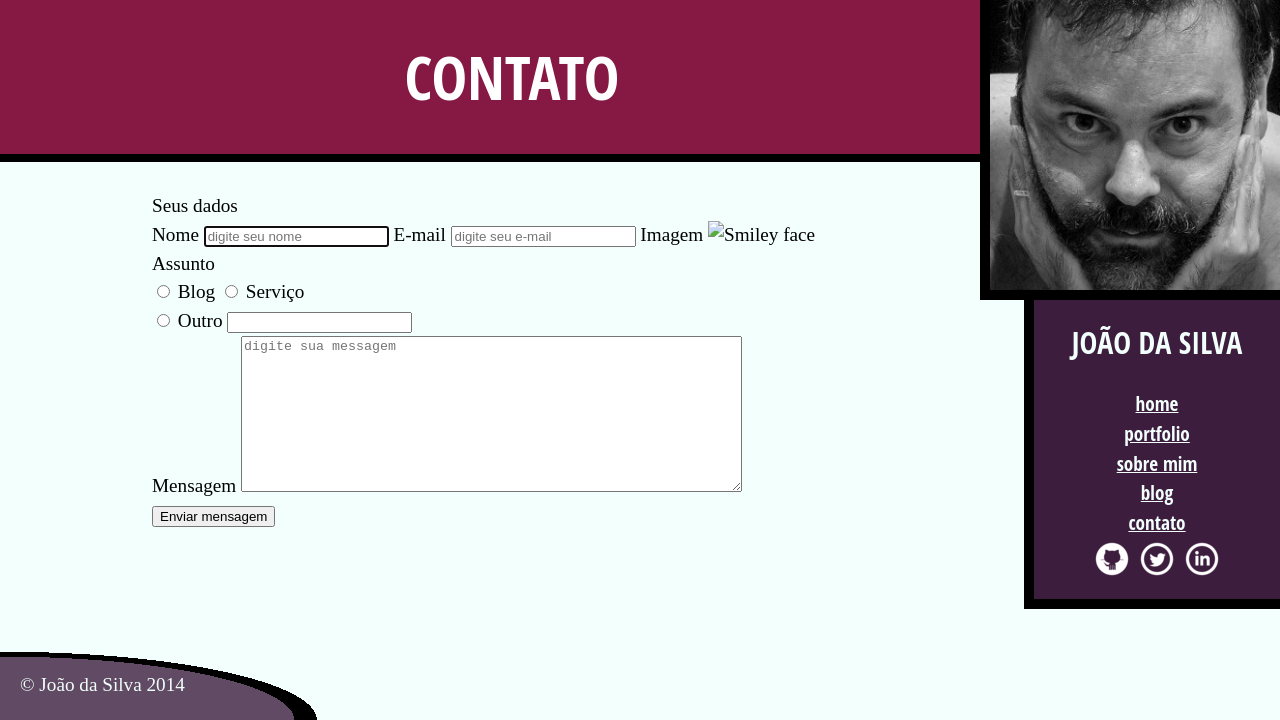
Repository: MichelMiola/html5Css3Avancado
Page: projeto/contato.html
These files come from the project's save history. The page is drawn as it stood at one moment and after the next save; the edit follows.
The browser window is 1280 px wide. The pictures show the whole page.
Some web fonts or font styles are not loaded; a fallback is used.

Above is the page before, as saved 2015-03-24 20:05:05.

### projeto/contato.html
<!DOCTYPE html>
<html>
<head>
<meta charset="utf-8">
<title>João da Silva - Contato</title>
<link rel="icon" href="imagens/favicon.png">
<link rel="stylesheet" href="css/reset.css">
<link rel="stylesheet" href="css/site.css">
<link rel="stylesheet"
	href="http://fonts.googleapis.com/css?family=Crimson+Text:400,400italic,600">
<link rel="stylesheet"
	href="http://fonts.googleapis.com/css?family=Open+Sans+Condensed:700">
</head>
<body>
	<main>
	<h1 class="titulo-principal">Contato</h1>
	<div class="container">
		<form>
			<fieldset>
				<legend>Seus dados</legend>
				<label>Nome</label> <input type="text" required autofocus placeholder="digite seu nome">
				<label>E-mail</label>
				<input type="email" placeholder="digite seu e-mail">
				<label>Imagem</label>
				<img alt="Smiley face" height="42" width="42">
			</fieldset>
			<fieldset>
				<legend>Assunto</legend>
				<label> <input type="radio" name="assunto" value="Blog">
					Blog
				</label> <label> <input type="radio" name="assunto" value="Serviço">
					Serviço
				</label>
				<fieldset>
					<input type="radio" name="assunto" value="Outro" id="outro">
					<label for="outro"> Outro </label> <input type="text"
						name="outro-assunto">
				</fieldset>
			</fieldset>
			<label for="mensagem">Mensagem</label>
			<textarea name="msg" id="mensagem" cols="60" rows="10" placeholder="digite sua messagem"></textarea>
			<fieldset>
				<button type="submit">Enviar mensagem</button>
			</fieldset>
		</form>
	</div>
	</main>
	<img src="imagens/eu.jpg" alt="Minha foto" class="minha-foto">
	<aside class="navegacao-site">
		<h1>João da Silva</h1>
		<nav>
			<ul>
				<li><a href="index.html">Home</a></li>
				<li><a href="portfolio.html">Portfolio</a></li>
				<li><a href="bio.html">Sobre mim</a></li>
				<li><a href="blog.html">Blog</a></li>
				<li><a href="contato.html">Contato</a></li>
			</ul>
		</nav>
		<ul class="icones-redes-sociais">
			<li><a href="https://github.com/joaodasilva" class="github"
				data-tooltip="Veja meus projetos opensource"> Github </a></li>
			<li><a href="https://twitter.com/joaodasilva" class="twitter"
				data-tooltip="Siga-me no Twitter"> Twitter </a></li>
			<li><a href="https://br.linkedin.com/pub/joão-da-silva/32/4/508"
				class="linkedin" data-tooltip="Veja meu currículo"> LinkedIn </a></li>
		</ul>
	</aside>
	<footer class="rodape-pagina"> &copy; João da Silva 2014 </footer>
</body>
</html>

### projeto/css/site.css
body {
	font-family: "Crimson Text", "Times New Roman", serif;
	background-color: #F2FFFC;
	font-size: 120%;
	line-height: 1.5;
}

h1, h2, .subtitulo-principal {
	font-family: "Open Sans Condensed", "Arial", sans-serif;
}

h1 {
	text-transform: uppercase;
	font-size: 60px;
}

.titulo-principal {
	text-align: center;
	background-color: #851944;
	color: #FFF;
	padding: 2rem;
	border-bottom: .5rem solid #000;
}

.subtitulo-texto {
	font-size: 30px;
	clear: both;
}

main a {
	color: #851944;
}

main p {
	text-align: justify;
	margin: 20px 0;
}

.navegacao-site {
	text-align: center;
	background-color: #3C1D3D;
	color: #F2FFFC;
	padding: 20px;
}

.navegacao-site a {
	color: inherit;
	font-family: "Open Sans Condensed", "Arial", sans-serif;
	text-transform: lowercase;
}

.navegacao-site h1 {
	font-size: 30px;
	margin-bottom: 25px;
}

.rodape-pagina {
	/* background-color: #000; */
	color: #F2FFFC;
	padding: 20px;
	clear: both;
	position: fixed;
	bottom: 0;
	left: 0;
	width: 100%;
	box-sizing: border-box;
	/* background-color: rgba(0, 0, 0, 0.3); */
	background-image: radial-gradient(ellipse at left bottom, rgba(60, 29, 61, 0.8),
		rgba(60, 29, 61, 0.8) 65%, black 65%, black 70%, transparent 70%,
		transparent);
	background-size: 25% 100%;
	background-repeat: no-repeat;
}

.container {
	width: 720px;
	margin-left: auto;
	margin-right: auto;
	padding: 30px 0;
}

strong {
	font-weight: bold;
}

em {
	font-style: italic;
}

.icones-redes-sociais li {
	display: inline-block;
}

.icones-redes-sociais a {
	width: 40px;
	height: 40px;
	display: block;
	text-indent: -99999px;
}

.github {
	background-image: url(../imagens/github.png);
}

.twitter {
	background-image: url(../imagens/twitter.png);
}

.linkedin {
	background-image: url(../imagens/linkedin.png);
}

main {
	width: 80%;
	float: left;
	padding-bottom: 80px;
}

.minha-foto, .navegacao-site {
	border-left: 10px solid black;
	border-bottom: 10px solid black;
	box-sizing: border-box;
}

.navegacao-site {
	width: 20%;
	float: right;
	position: relative;
	top: 300px;
}

.minha-foto {
	position: absolute;
	top: 0;
	right: 0;
	height: 300px;
}

.leia-mais {
	padding: .5em;
	margin: 1em;
	display: block;
	font-size: 1.25em;
	text-align: center;
	background-color: #E6E7E8;
}

.citacao-bio {
	background-color: #D9E5E3;
	border: .5em solid #C2CCCA;
	padding: 1em;
	margin: 1em 2em;
	width: 30ch;
	box-sizing: border-box;
}

main a:hover,
main a:focus,
footer a:hover,
footer a:focus {
  color: red;
}

.navegacao-site a:hover,
.navegacao-site a:focus {
  text-shadow: 0 0 2px pink;
}

.icones-redes-sociais a:hover::after,
.icones-redes-sociais a:focus::after {
  content: attr(data-tooltip);
}

.icones-redes-sociais a {
  position: relative;
}
.icones-redes-sociais a:hover::after,
.icones-redes-sociais a:focus::after {
  content: attr(data-tooltip);
  position: absolute;
  top: 100%;
  right: 0;
  text-indent: 0;
}

.icones-redes-sociais a {
  position: relative;
}
.icones-redes-sociais a:hover::after,
.icones-redes-sociais a:focus::after {
  content: attr(data-tooltip);
  position: absolute;
  top: 100%;
  right: 0;
  text-indent: 0;
  width: 300%;
}

.icones-redes-sociais a {
  position: relative;
}

.icones-redes-sociais a:hover::before,
.icones-redes-sociais a:focus::before {
  content: '';
}

.icones-redes-sociais a:hover::before,
.icones-redes-sociais a:focus::before {
  content: '';
  width: 1em;
  height: 1em;
  background-color: black;
}

.icones-redes-sociais a:hover::before,
.icones-redes-sociais a:focus::before {
  content: '';
  width: 1em;
  height: 1em;
  background-color: black;
  position: absolute;
  bottom: 0;
  left: 0;
}

.icones-redes-sociais a:hover::before,
.icones-redes-sociais a:focus::before {
    content: '';
    width: 1em;
    height: 1em;
    background-color: black;
    position: absolute;
    bottom: 0;
    left: 0;
    transform: translateY(.5em) rotate(45deg);
}

.icones-redes-sociais a:hover::after,
.icones-redes-sociais a:focus::after {
  content: attr(data-tooltip);
  position: absolute;
  top: 100%;
  right: 0;
  text-indent: 0;
  width: 300%;
  background: black;
  font-size: .75em;
}

Loaded but not shown: projeto/css/reset.css (common file)

After the next save:
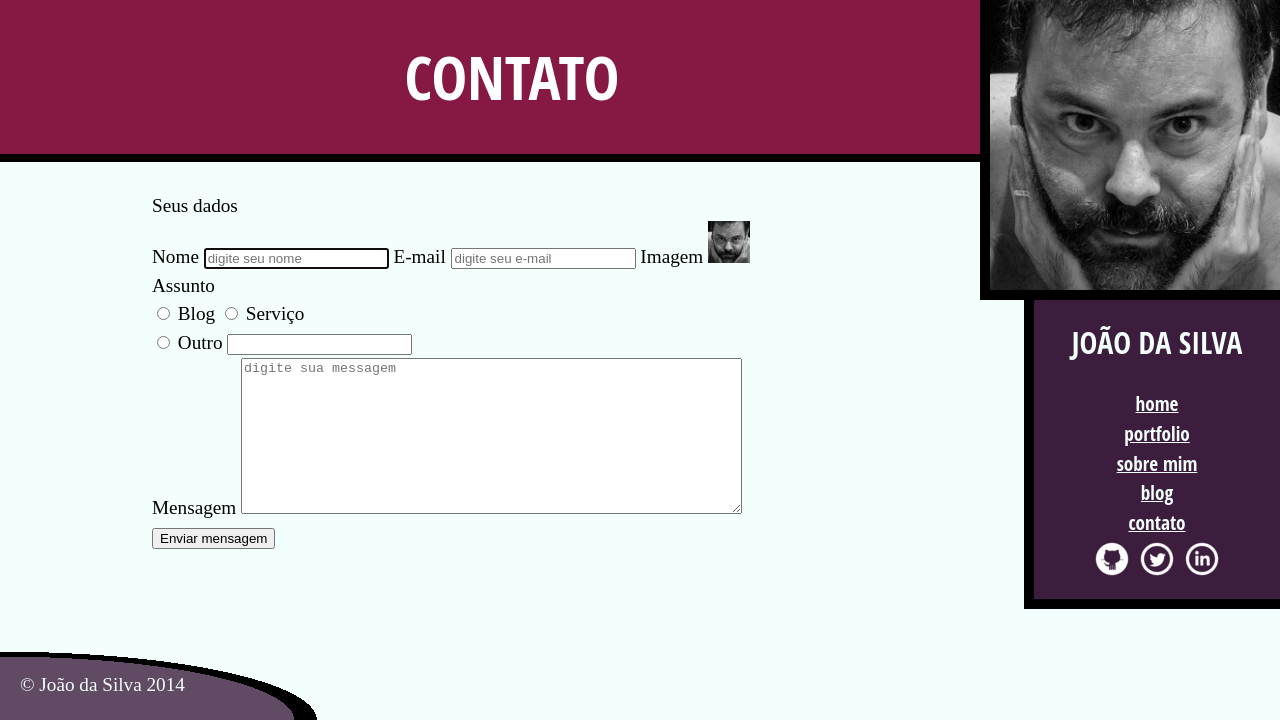
Saved 36 s later.
--- a/projeto/contato.html
+++ b/projeto/contato.html
@@ -22,7 +22,7 @@
 				<label>E-mail</label>
 				<input type="email" placeholder="digite seu e-mail">
 				<label>Imagem</label>
-				<img alt="Smiley face" height="42" width="42">
+				<img src="imagens/eu.jpg" alt="Smiley face" height="42" width="42">
 			</fieldset>
 			<fieldset>
 				<legend>Assunto</legend>

After the 2 saves that followed:
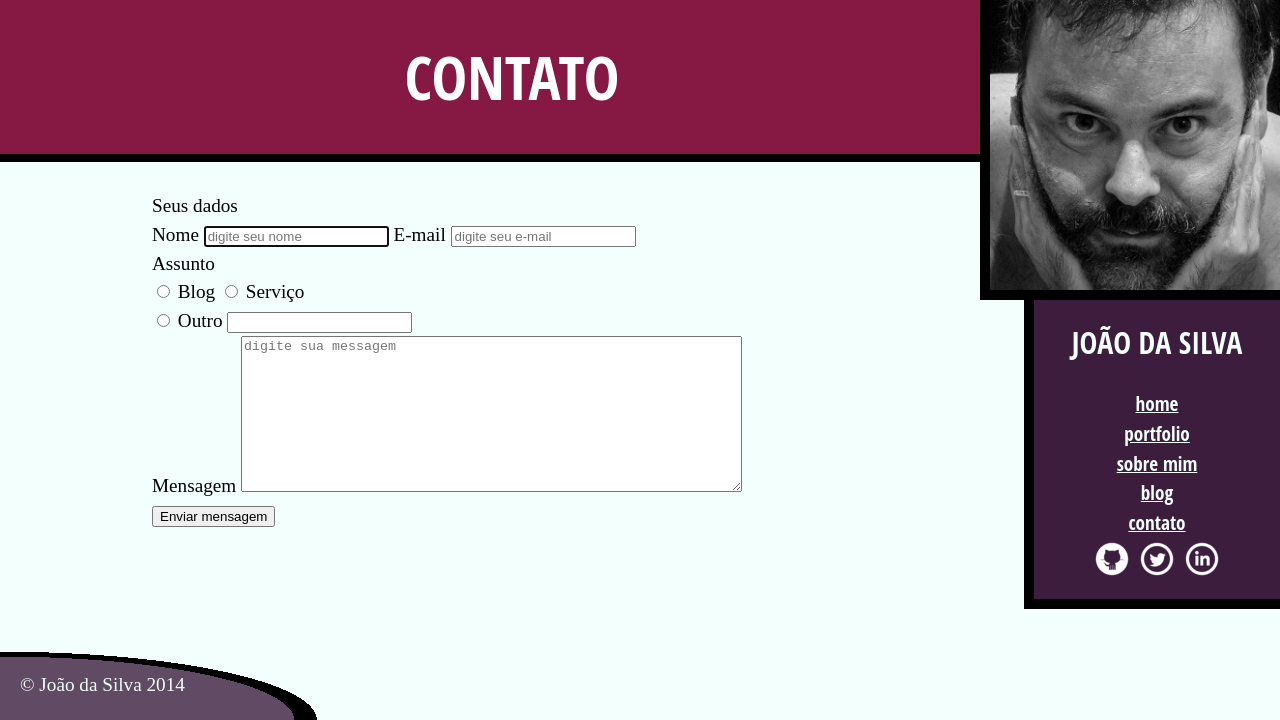
The 2 saves are shown as one change because they came seconds apart.
The last was saved 13 s later.
--- a/projeto/contato.html
+++ b/projeto/contato.html
@@ -21,8 +21,6 @@
 				<label>Nome</label> <input type="text" required autofocus placeholder="digite seu nome">
 				<label>E-mail</label>
 				<input type="email" placeholder="digite seu e-mail">
-				<label>Imagem</label>
-				<img src="imagens/eu.jpg" alt="Smiley face" height="42" width="42">
 			</fieldset>
 			<fieldset>
 				<legend>Assunto</legend>
